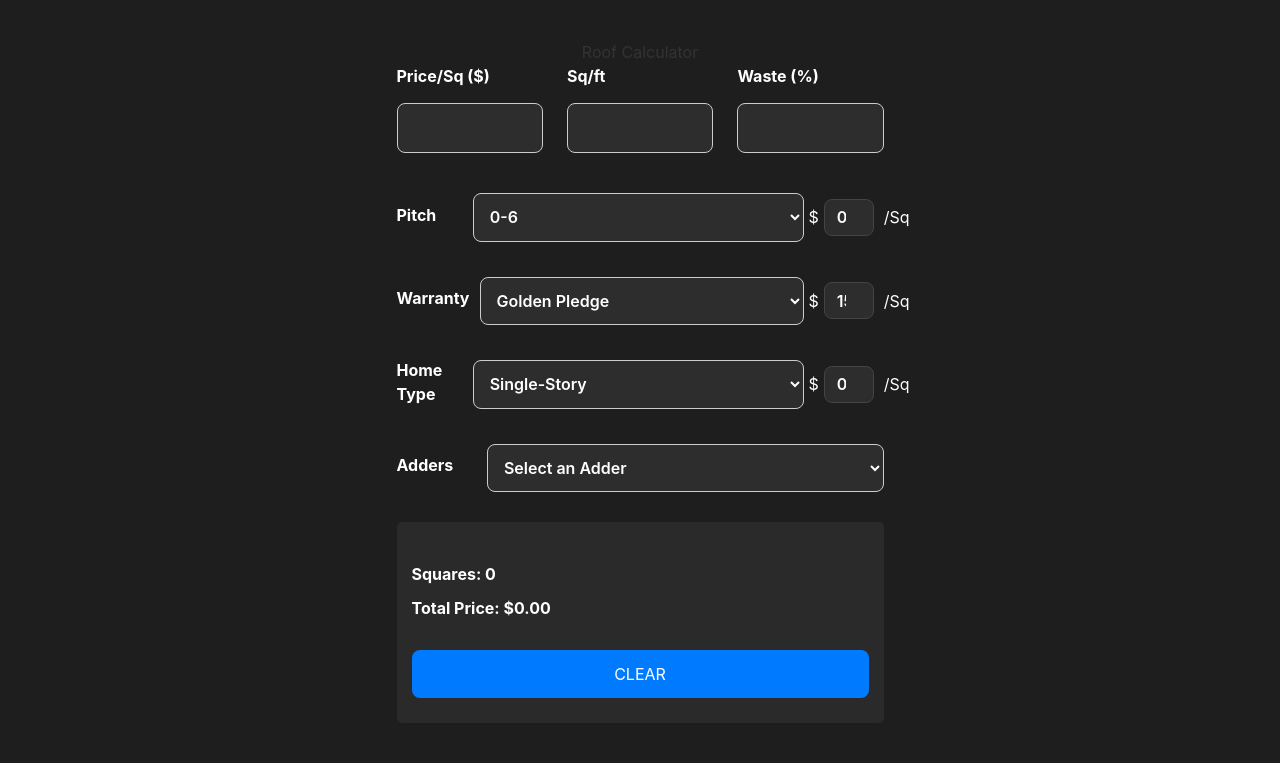
Repository: Tripp-L/roof-calc-app
Page: /
An editor plug-in stored every save of this project. The page is shown before and after the next save, followed by the edit.
The browser window is 1280 px wide. The pictures show the whole page.
The project was rebuilt for these pictures with package versions that can differ from the ones it lists, and the page was loaded fresh each time.

Above is the page before, as saved 2024-10-17 23:38:23.

After the next save:
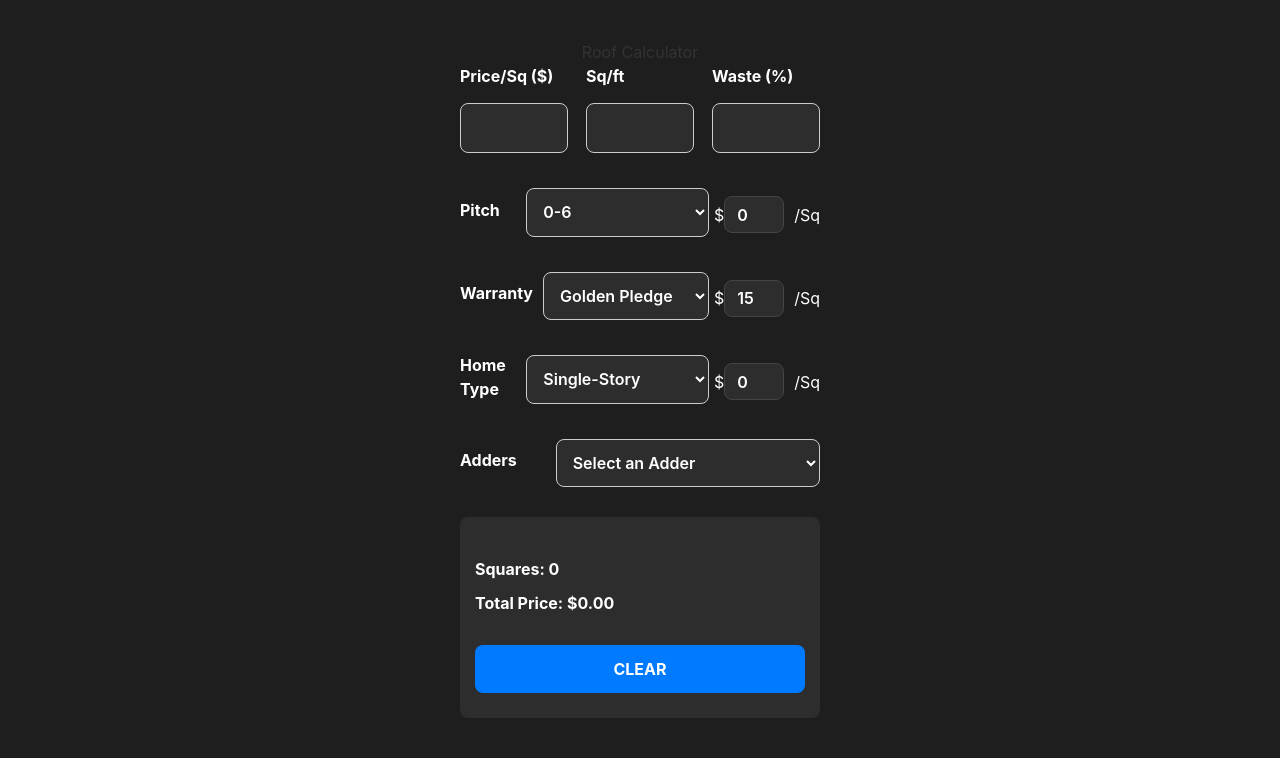
Saved 4 s later.
--- a/src/RoofCalculator.css
+++ b/src/RoofCalculator.css
@@ -5,7 +5,7 @@ body {
 }
 
 .calculator {
-  max-width: 600px; /* Adjust as needed */
+  max-width: 400px;
   margin: 0 auto;
   padding: 20px;
 }
@@ -14,11 +14,10 @@ body {
   display: flex;
   align-items: center;
   margin-bottom: 15px;
-  justify-content: space-between;
 }
 
 .input-group label {
-  width: 100px; /* Adjusted for better alignment */
+  width: 120px; /* Adjust as needed */
   margin-right: 10px;
 }
 
@@ -239,12 +238,12 @@ h1 {
 .price-input-wrapper {
   display: flex;
   align-items: center;
-  width: 80px; /* Fixed width for consistency */
+  margin-top: 5px;
 }
 
 .price-input-wrapper input[type="number"] {
-  width: 50px;
-  margin: 0 5px;
+  width: 60px;
+  margin-right: 5px;
 }
 
 .price-input-wrapper span {
@@ -254,9 +253,9 @@ h1 {
 .results-container {
   display: flex;
   flex-direction: column;
-  background-color: #2a2a2a;
+  background-color: #2d2d2d;
   padding: 15px;
-  border-radius: 5px;
+  border-radius: 8px;
   margin-top: 20px;
 }
 
@@ -276,16 +275,24 @@ h1 {
 
 .clear-button {
   width: 100%;
-  padding: 10px;
-  background-color: #007bff;
+  padding: 10px 0;
+  background-color: #dc3545;  /* Changed to red */
   color: white;
   border: none;
-  border-radius: 5px;
+  border-radius: 4px;
+  font-size: 16px;
+  font-weight: bold;
+  text-transform: uppercase;
   cursor: pointer;
+  transition: background-color 0.3s ease;
 }
 
 .clear-button:hover {
-  background-color: #0056b3;
+  background-color: #c82333;  /* Darker red on hover */
+}
+
+.clear-button:active {
+  background-color: #bd2130;  /* Even darker red when active */
 }
 
 .selected-adder .adder-input-wrapper {
@@ -335,7 +342,7 @@ h1 {
 .horizontal-inputs {
   display: flex;
   justify-content: space-between;
-  margin-bottom: 20px;
+  margin-bottom: 15px; /* Adjust as needed */
 }
 
 /* Modify the existing .input-group class */
@@ -343,12 +350,11 @@ h1 {
   display: flex;
   align-items: center;
   margin-bottom: 15px;
-  justify-content: space-between;
 }
 
 /* Add this new class for the horizontal input groups */
 .horizontal-input-group {
-  width: 30%; /* Reduced from previous value */
+  width: 30%; /* Adjust this value to control spacing between inputs */
 }
 
 .horizontal-input-group label {
@@ -357,36 +363,5 @@ h1 {
 }
 
 .horizontal-input-group input[type="number"] {
-  width: 100%;
-}
-
-/* Adders dropdown */
-.input-group:last-of-type select {
-  max-width: 100%; /* Full width for Adders dropdown */
-}
-
-/* Results container */
-.results-container {
-  background-color: #2a2a2a;
-  padding: 15px;
-  border-radius: 5px;
-  margin-top: 20px;
-}
-
-.results {
-  margin-bottom: 15px;
-}
-
-.clear-button {
-  width: 100%;
-  padding: 10px;
-  background-color: #007bff;
-  color: white;
-  border: none;
-  border-radius: 5px;
-  cursor: pointer;
-}
-
-.clear-button:hover {
-  background-color: #0056b3;
-}
+  width: 100%; /* Make the input fill its container */
+}
